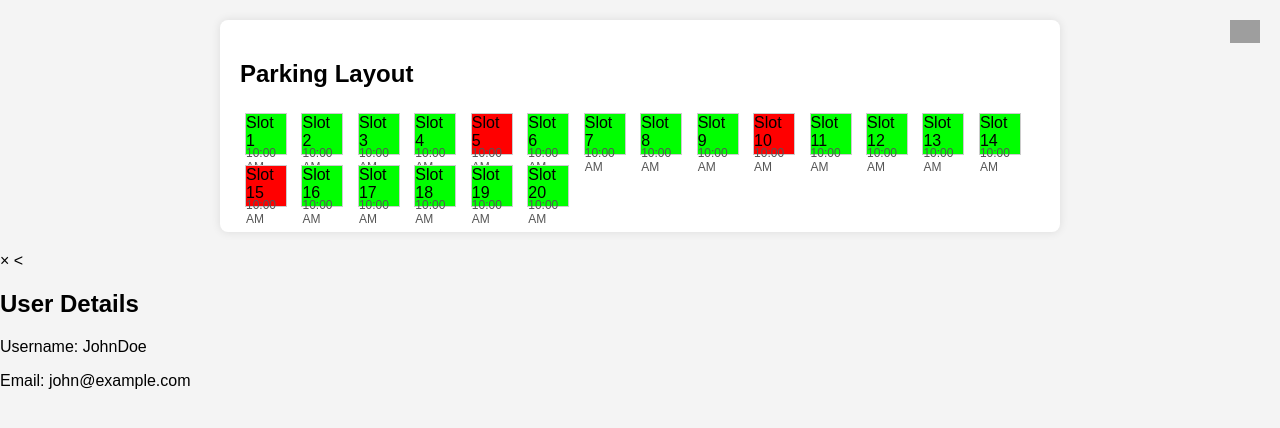
Repository: suryavishakan/parking_management
Page: http://localhost/slots
An editor plug-in stored every save of this project. The page is shown before and after the next save, followed by the edit.
The browser window is 1280 px wide. The pictures show the whole page.
Pictures or frames that could not be fetched are drawn as grey boxes. The page is served by the project's application, run on Flask 3 (app.py).

Above is the page before, as saved 2024-04-21 15:00:38.

### templates/slots.html
<!DOCTYPE html>
<html lang="en">
<head>
    <meta charset="UTF-8">
    <meta name="viewport" content="width=device-width, initial-scale=1.0">
    <title>Parking System</title>
    <style>
        body {
            font-family: Arial, sans-serif;
            margin: 0;
            padding: 0;
            background-color: #f4f4f4;
        }
        .parking-layout {
            max-width: 800px;
            margin: 20px auto;
            padding: 20px;
            background-color: #fff;
            border-radius: 8px;
            box-shadow: 0 0 10px rgba(0, 0, 0, 0.1);
        }
        .slot {
            width: 40px;
            height: 40px;
            background-color: #00ff00; /* Green by default */
            border: 1px solid #ccc;
            display: inline-block;
            margin: 5px;
            position: relative;
        }
        .slot.booked {
            background-color: #ff0000; /* Red if booked */
        }
        .slot .time {
            position: absolute;
            bottom: -20px;
            right: 0;
            font-size: 12px;
            color: #555;
        }
        .user-details {
            position: fixed;
            top: 20px;
            right: 20px;
            cursor: pointer;
        }
    </style>
</head>
<body>
    <div class="parking-layout">
        <h2>Parking Layout</h2>
        <div class="slots">
            <!-- Generate parking slots dynamically -->
            <!-- For demonstration purposes, let's assume slots 5, 10, and 15 are booked -->
            <!-- In real application, this data would come from backend -->
            {% for slot in range(1, 21) %}
                <div class="slot {% if slot in [5, 10, 15] %}booked{% endif %}">
                    Slot {{ slot }}
                    <div class="time">10:00 AM</div> <!-- Change this with actual time from backend -->
                </div>
            {% endfor %}
        </div>
    </div>

    <!-- User details modal -->
    <div id="userDetailsModal" class="modal">
        <div class="modal-content">
            <span class="close">&times;</span>
            <!-- Add user details here -->
            <
            <h2>User Details</h2>
            <p>Username: JohnDoe</p>
            <p>Email: john@example.com</p>
            <!-- Add more user details as needed -->
        </div>
    </div>

    <div class="user-details" id="userDetailsBtn">
        <img src="user_icon.png" alt="User Icon" width="30">
    </div>

    <script>
        // Get the modal
        var modal = document.getElementById("userDetailsModal");

        // Get the button that opens the modal
        var btn = document.getElementById("userDetailsBtn");

        // Get the <span> element that closes the modal
        var span = document.getElementsByClassName("close")[0];

        // When the user clicks the button, open the modal
        btn.onclick = function() {
            modal.style.display = "block";
        }

        // When the user clicks on <span> (x), close the modal
        span.onclick = function() {
            modal.style.display = "none";
        }

        // When the user clicks anywhere outside of the modal, close it
        window.onclick = function(event) {
            if (event.target == modal) {
                modal.style.display = "none";
            }
        }
    </script>
</body>
</html>

### app.py
from flask import Flask, Response, request, render_template, jsonify, redirect, url_for, request, flash, session
import pymongo
import secrets
import json
from bson.objectid import ObjectId
from bson.json_util import dumps
from functools import wraps

app=Flask(__name__ , template_folder='templates')
app.secret_key = secrets.token_hex(32)

try:
    mongo = pymongo.MongoClient(
        host = 'localhost',
        port = 27017,
        serverSelectionTimeoutMS = 1000
    )
    db = mongo.ParkingManagementSystemDb #connect to mongodb1
    users_collection = db.admin
    user_collection = db["customer"]
    #cart_collection = db["cart"]
    mongo.server_info() #trigger exception if cannot connect to db
except:
    print("Error connecting to MongoDB")

@app.route('/get/admin', methods=['GET'])
def displayall():
  try:
    documents = db.admin.find()
    output = [{item: data[item] for item in data if item != '_id'} for data in documents]
    return jsonify(output)
  except Exception as ex:
    response = Response("Search Records Error!!",status=500,mimetype='application/json')
    return response

# Route for signup page
@app.route('/signup', methods=['GET', 'POST'])
def signup():
    if request.method == 'POST':
        # Get form data
        username = request.form['username']
        password = request.form['password']

        # Check if username already exists
        if user_collection.find_one({'username': username}):
            flash('Username already exists. Please choose a different one.', 'error')
            return redirect(url_for('signup'))

        # Insert user data into database
        user_data = {'username': username, 'password': password}
        user_collection.insert_one(user_data)

        flash('Signup successful. You can now login.', 'success')
        return redirect(url_for('login'))

    return render_template('signup.html')

# Route to get an employee by name
@app.route('/get/user/<user_name>', methods=['GET'])
def get_user_by_name(user_name):
    try:
        # Using a case-insensitive query to match employee name
        document = db.user.find_one({"user_name": {"$regex": f'^{user_name}$', "$options": 'i'}})

        if document:
            # Exclude _id field from the response
            output = {item: document[item] for item in document if item != '_id'}
            return jsonify(output)
        else:
            return Response("USER not found", status=404, mimetype='application/json')

    except Exception as ex:
        app.logger.error(f"Error retrieving user by name: {ex}")
        return Response("Internal Server Error", status=500, mimetype='application/json')

# Route to get all employees
@app.route('/get/allusers', methods=['GET'])
def get_all_users():
    try:
        # Fetch all documents from the 'employee' collection
        documents = db.user.find()

        # Format the response excluding the _id field
        output = [{item: data[item] for item in data if item != '_id'} for data in documents]

        return jsonify(output)

    except Exception as ex:
        app.logger.error(f"Error retrieving all employees: {ex}")
        return Response("Internal Server Error", status=500, mimetype='application/json')

# Route to update employee details by name
@app.route('/update/user/<user_name>', methods=['PUT'])
def update_user_by_name(user_name):
    try:
        # Using a case-insensitive query to match employee name
        result = db.user.update_one(
            {"employee_name": {"$regex": f'^{user_name}$', "$options": 'i'}},
            {"$set": request.get_json()}
        )

        if result.modified_count > 0:
            return Response("User details updated successfully", status=200, mimetype='application/json')
        else:
            return Response("User not found", status=404, mimetype='application/json')

    except Exception as ex:
        app.logger.error(f"Error updating User details by name: {ex}")
        return Response("Internal Server Error", status=500, mimetype='application/json')

@app.route('/')
def homePage():
    try:
        # Fetch all products from the database
        products_cursor = db.product.find()

        # Convert the cursor to a list of dictionaries
        products = list(products_cursor)

        return render_template('homePage.html', products=products)
    except Exception as ex:
        app.logger.error(f"Error fetching products: {ex}")
        flash('Error fetching products', 'error')
        return render_template('homePage.html', products=[])

# Flask route to render the profile page
@app.route('/profile')
def profile():
    try:
        # Assuming you have a collection named 'users' in your MongoDB
        # Fetch user details from the 'users' collection
        user = db.user.find_one({'username': session['username']})

        if user:
            # Render the profile template with the user details
            return render_template('profile.html', user=user)
        else:
            flash('User details not found', 'error')
            return redirect(url_for('login'))
    except Exception as ex:
        app.logger.error(f"Error fetching user details: {ex}")
        flash('Error fetching user details', 'error')
        return redirect(url_for('login'))

@app.route('/select_user_type', methods=['POST'])
def select_user_type():
    user_type = request.form.get('userType')

    if user_type == 'admin':
        return redirect(url_for('login'))
    elif user_type == 'user':
        return redirect(url_for('login'))
    else:
        flash('Invalid user type selected', 'error')
        return redirect(url_for('index'))

@app.route('/slots')
def slots():
    # Your slots logic here
    username = session.get('username')

    return render_template('slots.html', username=username)

# Update the Flask route for handling login
@app.route('/login', methods=['GET', 'POST'])
def login():
    if request.method == 'POST':
        username = request.form.get('username')
        password = request.form.get('password')

        # Query MongoDB for admin details
        admin_user = users_collection.find_one({'username': username, 'password': password})

        if admin_user:
            # Store admin credentials in the session
            session['username'] = username
            session['password'] = password

            return redirect(url_for('admin_panel'))
        else:
            # Query MongoDB for user details
            user_user = db.user.find_one({'username': username, 'password': password})

            if user_user:
                # Store user credentials in the session
                session['username'] = username
                session['password'] = password

                return redirect(url_for('slots'))
            else:
                flash('Invalid username or password', 'error')

    return render_template('login.html')


# New route for employee details
@app.route('/user_details')
def user_details():
    # Check if user is authenticated as an employee
    try:
    # if 'username' in session and 'password' in session == 'employee':
        # Fetch employee details based on the stored credentials
        user = db.user.find_one({'username': session['username'], 'password': session['password']})

        if user:
            return render_template('user_details.html', user=user)
        else:
            flash('Unauthorized access', 'error')
            return redirect(url_for('login'))

    except Exception as ex:
        app.logger.error(f"Error fetching user data: {ex}")
        flash(f'Error fetching user data: {ex}', 'error')

    return render_template('user_details.html', user={})

# Route to render the update employee page
@app.route('/update_user/<user_name>', methods=['GET', 'POST'])
def update_user_page(user_name):
    try:
        # Fetch the employee details from the database using the employee name
        user = db.user.find_one({"user_name": {"$regex": f'^{user_name}$', "$options": 'i'}})

        if user:
            # Render the update employee page with the employee details
            return render_template('update_user.html', user=user)
        else:
            return Response("User not found", status=404, mimetype='application/json')

    except Exception as ex:
        app.logger.error(f"Error rendering update_user page: {ex}")
        return Response("Internal Server Error", status=500, mimetype='application/json')

# Route to handle the form submission for updating employee details
@app.route('/submit_update_user/<user_name>', methods=['POST'])
def submit_update_user(user_name):
    try:
        # Use the employee name parameter to identify the employee being updated
        user_name = user_name

        # Update the employee details in the database using request.form.to_dict()
        updated_user_data = request.form.to_dict()

        # Assuming you have a 'employee' collection in your MongoDB
        result = db.user.update_one(
            {"user_name": {"$regex": f'^{user_name}$', "$options": 'i'}},
            {"$set": request.form.to_dict()}
        )

        if result.modified_count > 0:
            flash('user details updated successfully', 'success')
        else:
            flash('user not found', 'error')

    except Exception as ex:
        app.logger.error(f"Error updating user details: {ex}")
        flash('Error updating user details', 'error')

    # Redirect to the admin page after the update
    return redirect(url_for('admin'))

# Route for admin panel
@app.route('/admin', methods=['GET', 'POST'])
def admin_panel():
    if 'username' in session and 'password' in session:
        # Check if the user is an admin
        admin_user = users_collection.find_one({'username': session['username'], 'password': session['password']})
        if admin_user:
            # Render the admin panel page
            return render_template('admin.html')

    # If user is not authenticated or not an admin, redirect to login page
    flash('Unauthorized access', 'error')
    return redirect(url_for('login'))


if __name__ == '__main__':
    app.run(port=5000, debug=True)

After the next save:
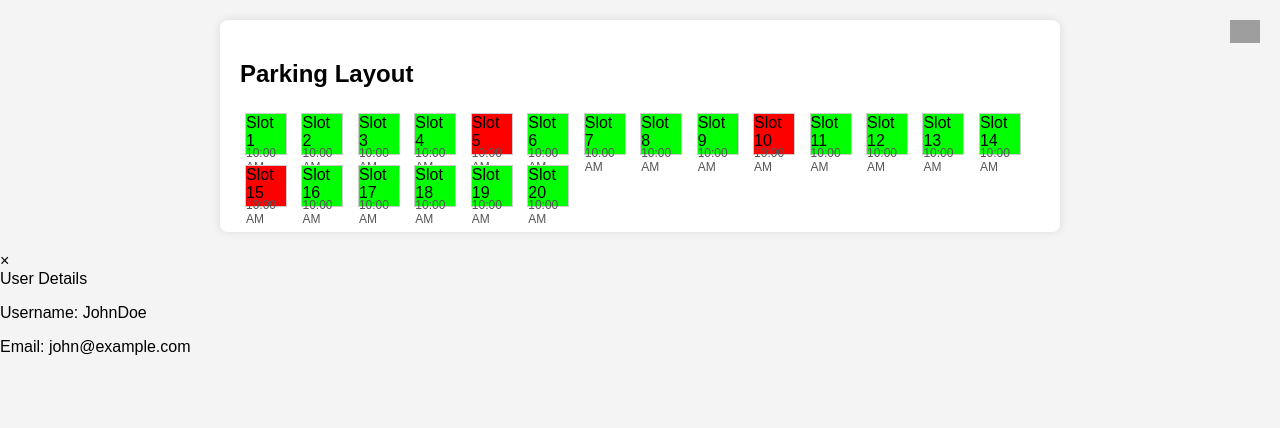
Saved 7 s later.
--- a/templates/slots.html
+++ b/templates/slots.html
@@ -67,7 +67,7 @@
         <div class="modal-content">
             <span class="close">&times;</span>
             <!-- Add user details here -->
-            <
+            <div id
             <h2>User Details</h2>
             <p>Username: JohnDoe</p>
             <p>Email: john@example.com</p>

After the 2 saves that followed:
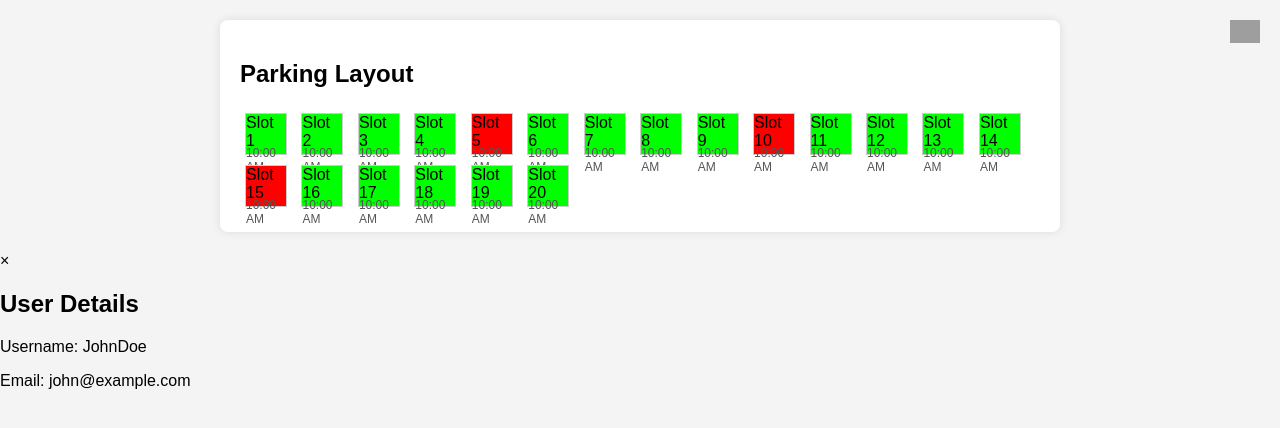
The 2 saves are shown as one change because they came seconds apart.
The last was saved 9 s later.
--- a/templates/slots.html
+++ b/templates/slots.html
@@ -67,7 +67,7 @@
         <div class="modal-content">
             <span class="close">&times;</span>
             <!-- Add user details here -->
-            <div id
+            <div id="userDetails">
             <h2>User Details</h2>
             <p>Username: JohnDoe</p>
             <p>Email: john@example.com</p>
